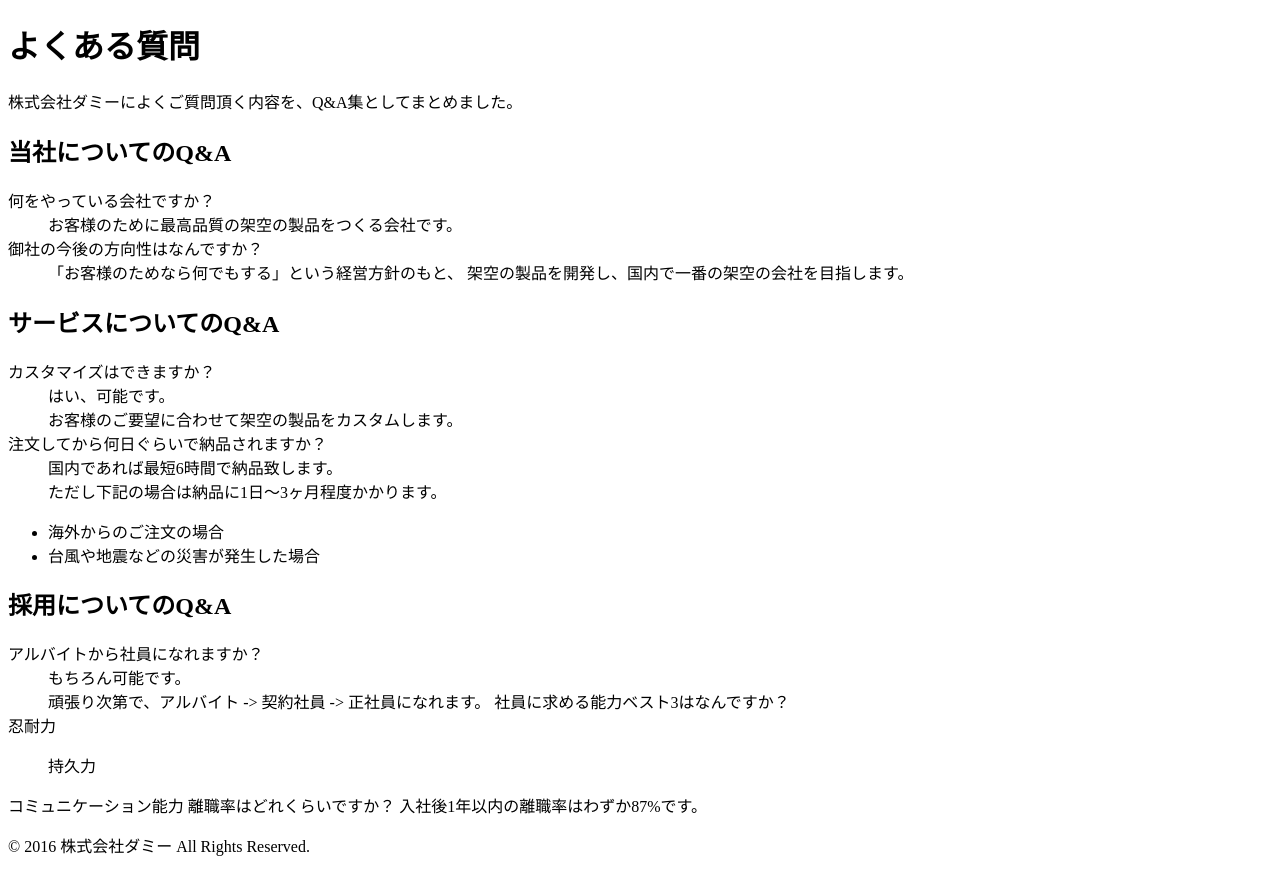
Repository: winc1980/practice-hp2022-wednesday
Page: ruka/practice1.html
These files come from the project's save history. The page is drawn as it stood at one moment and after the next save; the edit follows.
The browser window is 1280 px wide. The pictures show the whole page.

Above is the page before, as saved 2022-05-26 00:33:12.

### ruka/practice1.html
<!DOCTYPE html>
<html lang="ja">
<head>
    <meta charset="UTF-8">
    <meta http-equiv="X-UA-Compatible" content="IE=edge">
    <meta name="viewport" content="width=device-width, initial-scale=1.0">
    <title>よくある質問 | 架空の株式会社ダミー</title>
</head>
<body>
    <h1>よくある質問</h1>

<p>
株式会社ダミーによくご質問頂く内容を、Q&A集としてまとめました。
</p>

<h2>当社についてのQ&A</h2>


何をやっている会社ですか？
<dd>
お客様のために最高品質の架空の製品をつくる会社です。
</dd>

御社の今後の方向性はなんですか？
<dd>
「<span>お客様のためなら何でもする</span>」という経営方針のもと、
架空の製品を開発し、<span font-weight="400">国内で一番の架空の会社を目指します。</span>
</dd>


<h2>サービスについてのQ&A</h2>

カスタマイズはできますか？
<dd>
はい、可能です。<br>
お客様のご要望に合わせて架空の製品をカスタムします。
</dd>

注文してから何日ぐらいで納品されますか？
<dd>
国内であれば最短6時間で納品致します。<br>
ただし下記の場合は納品に1日〜3ヶ月程度かかります。
</dd>
<ul>
<li>
海外からのご注文の場合
</li>
<li>
台風や地震などの災害が発生した場合
</li>
</ul>
<h2>採用についてのQ&A</h2>

アルバイトから社員になれますか？
<dd>
もちろん可能です。<br>
頑張り次第で、アルバイト -> 契約社員 -> 正社員になれます。

社員に求める能力ベスト3はなんですか？
<dd>
<dt>忍耐力</dt>
<ol>持久力</ol>
<l>コミュニケーション能力</l>
</dd>



離職率はどれくらいですか？
入社後1年以内の離職率は<span >わずか</span>87%です。
<p>
© 2016 株式会社ダミー All Rights Reserved.
</p>
</body>
</html>

After the next save:
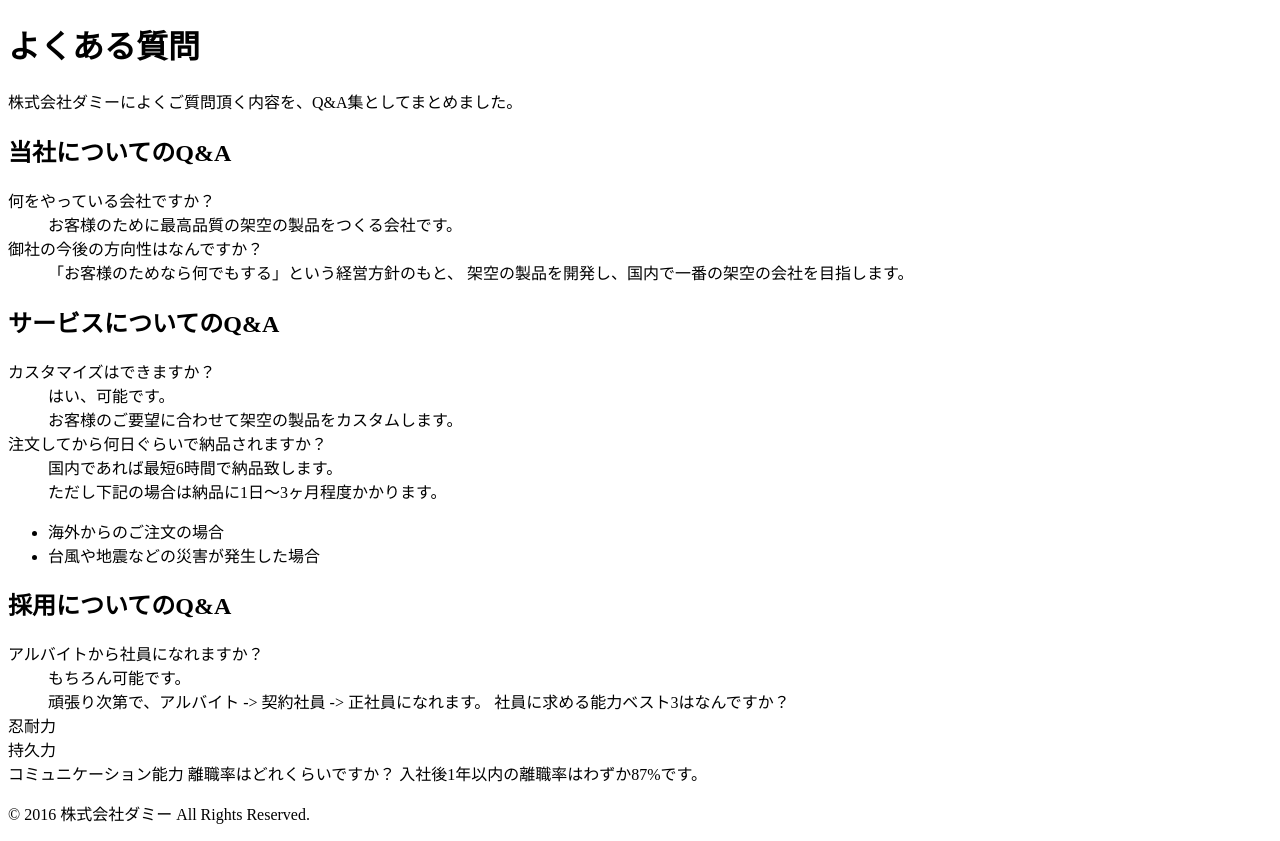
Saved 8 s later.
--- a/ruka/practice1.html
+++ b/ruka/practice1.html
@@ -59,7 +59,7 @@
 社員に求める能力ベスト3はなんですか？
 <dd>
 <dt>忍耐力</dt>
-<ol>持久力</ol>
+<dt>持久力</dt>
 <l>コミュニケーション能力</l>
 </dd>
 
